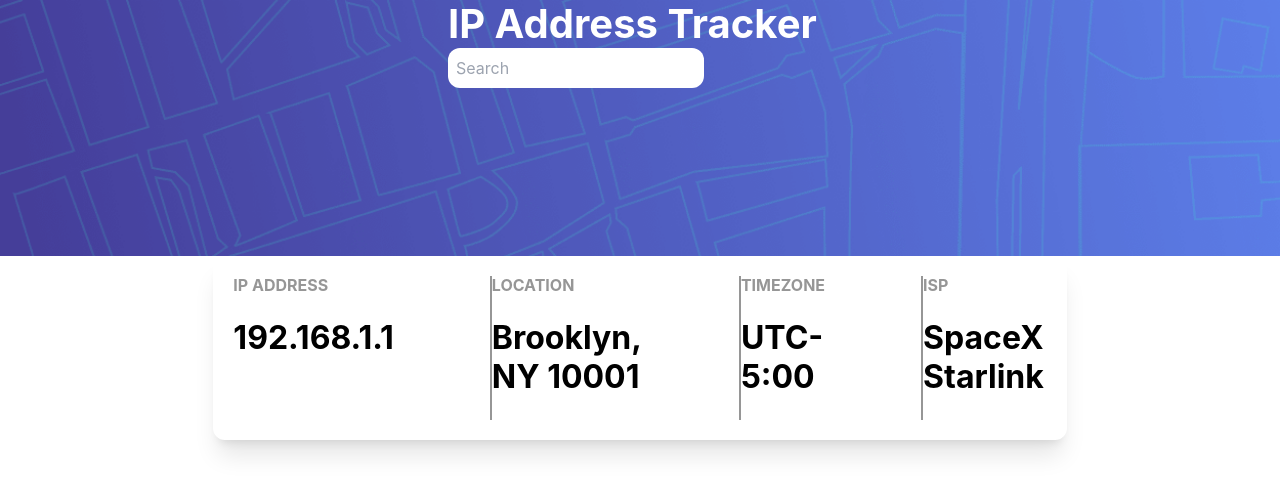
Repository: Dealsy/IP-Tracker
Page: /
The author's editor kept a copy of each file at every save. The page is drawn from the files as they stood at one save, then again after the next save.
The browser window is 1280 px wide. The pictures show the whole page.
The project was rebuilt for these pictures with package versions that can differ from the ones it lists, and the page was loaded fresh each time. The framework's server and built-in components were replaced by stand-ins that run in the browser. Also part of the build but not shown: next.config.js.

Above is the page before, as saved 2022-04-21 21:57:20.

After the next save:
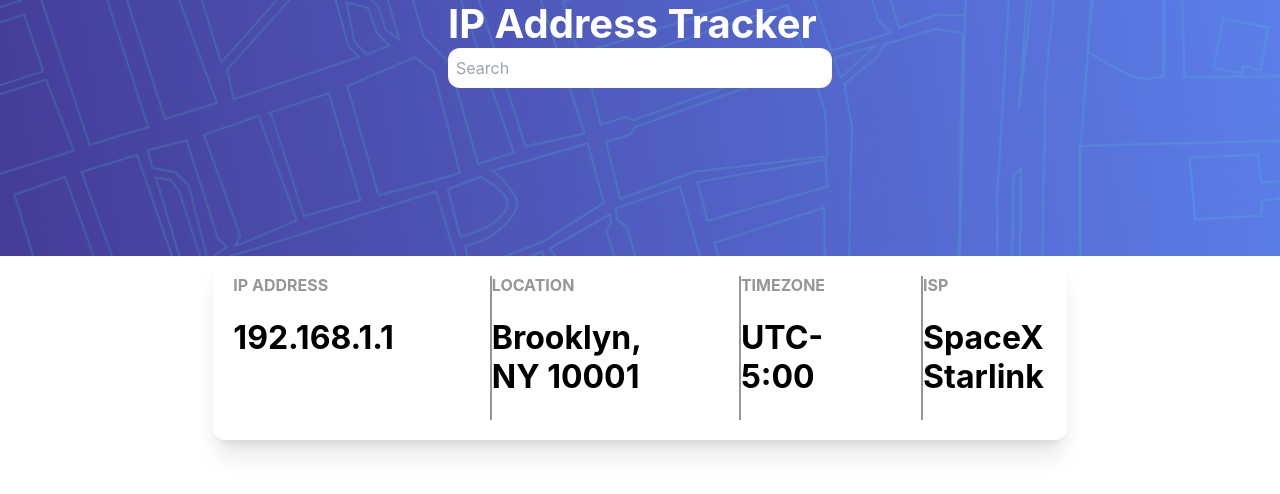
Saved 8 s later.
--- a/pages/index.js
+++ b/pages/index.js
@@ -14,7 +14,7 @@ export default function Home() {
           <h1 className="text-white w-96 m-auto">IP Address Tracker</h1>
           <div className="w-96 m-auto">
             <input
-              className="p-2 w-64 rounded-xl"
+              className="p-2 w-96 rounded-xl"
               type="search"
               placeholder="Search"
             />
